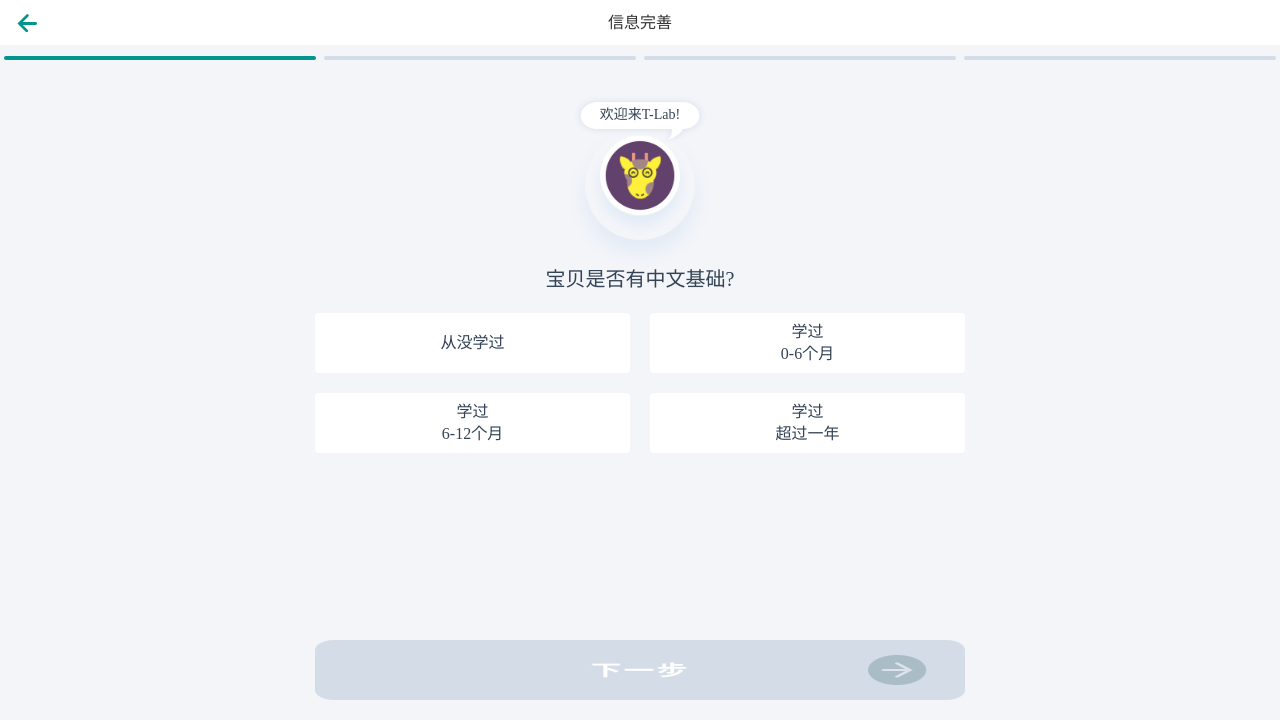
Repository: huangjf1/1
Page: /
These files come from the project's save history. The page is drawn as it stood at one moment and after the next save; the edit follows.
The browser window is 1280 px wide. The pictures show the whole page.
The project was rebuilt for these pictures with package versions that can differ from the ones it lists, and the page was loaded fresh each time. Also part of the build but not shown: vue.config.js.

Above is the page before, as saved 2021-08-24 12:30:21.

After the next save:
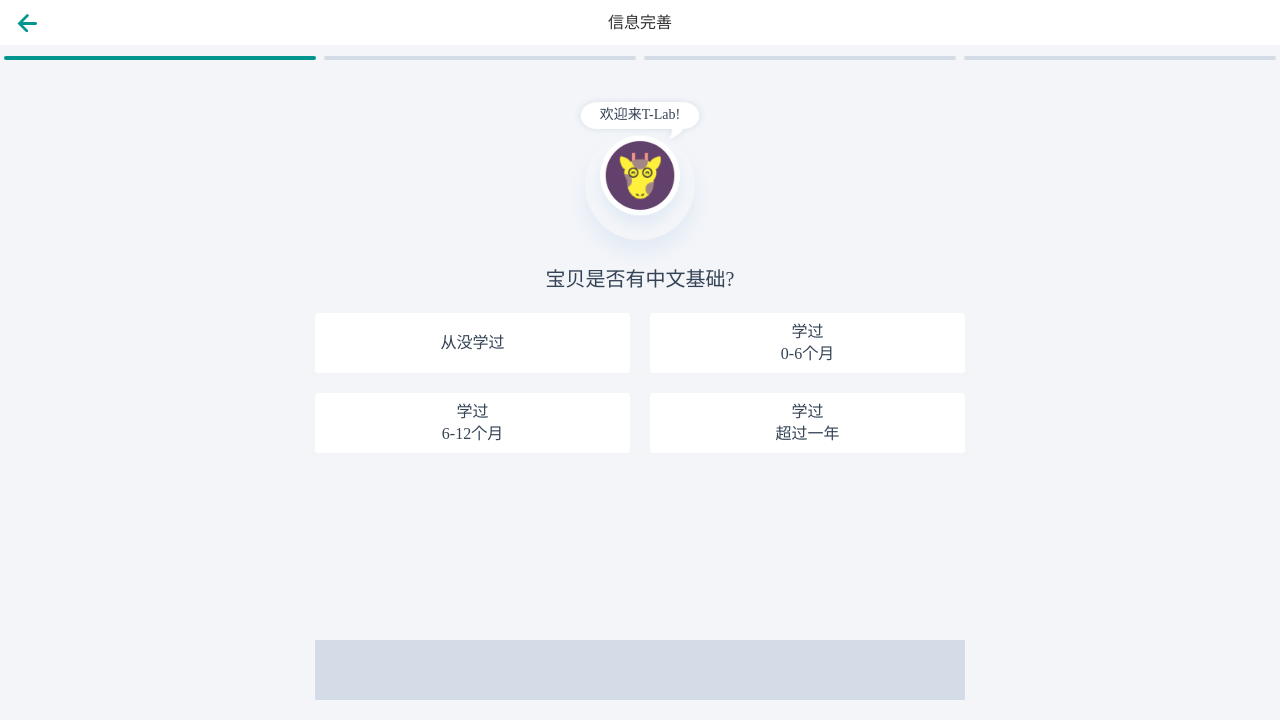
Saved 16 s later.
--- a/src/views/index.vue
+++ b/src/views/index.vue
@@ -456,10 +456,8 @@ export default {
         min-width: 375px;
         max-width: 650px;
         height: 60px;
-        background: url('../assets/image/button_gray.png') no-repeat;
-        background-size: 100% 100%;
         cursor: pointer;
-        // background: #F3F5F9;
+        background: #D4DCE7;
         margin: 20px auto 20px;
       }
    }
